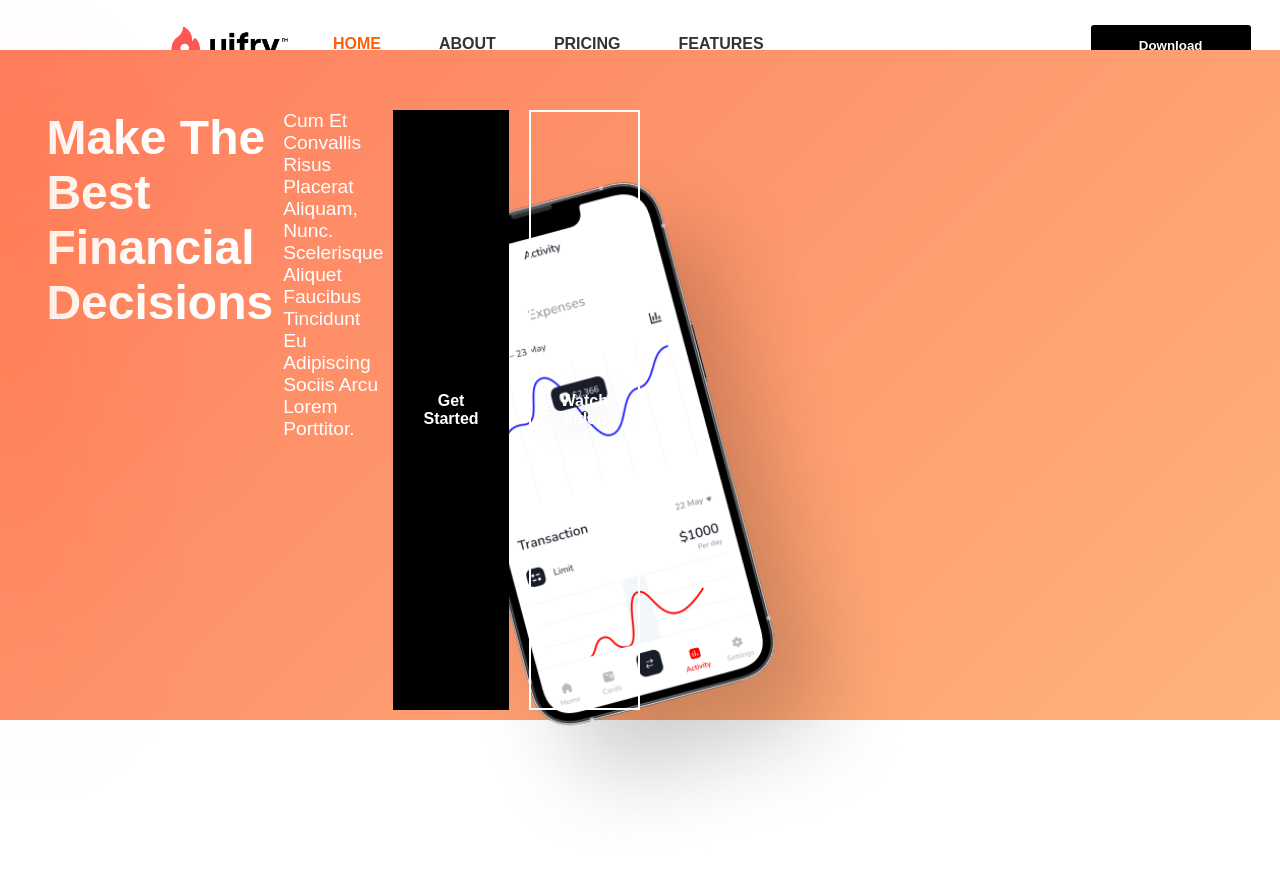
Repository: sakshambansal7/Uifry
Page: index.html
An editor plug-in stored every save of this project. The page is shown before and after the next save, followed by the edit.
The browser window is 1280 px wide. The pictures show the whole page.

Above is the page before, as saved 2024-06-12 15:08:34.

After the next save:
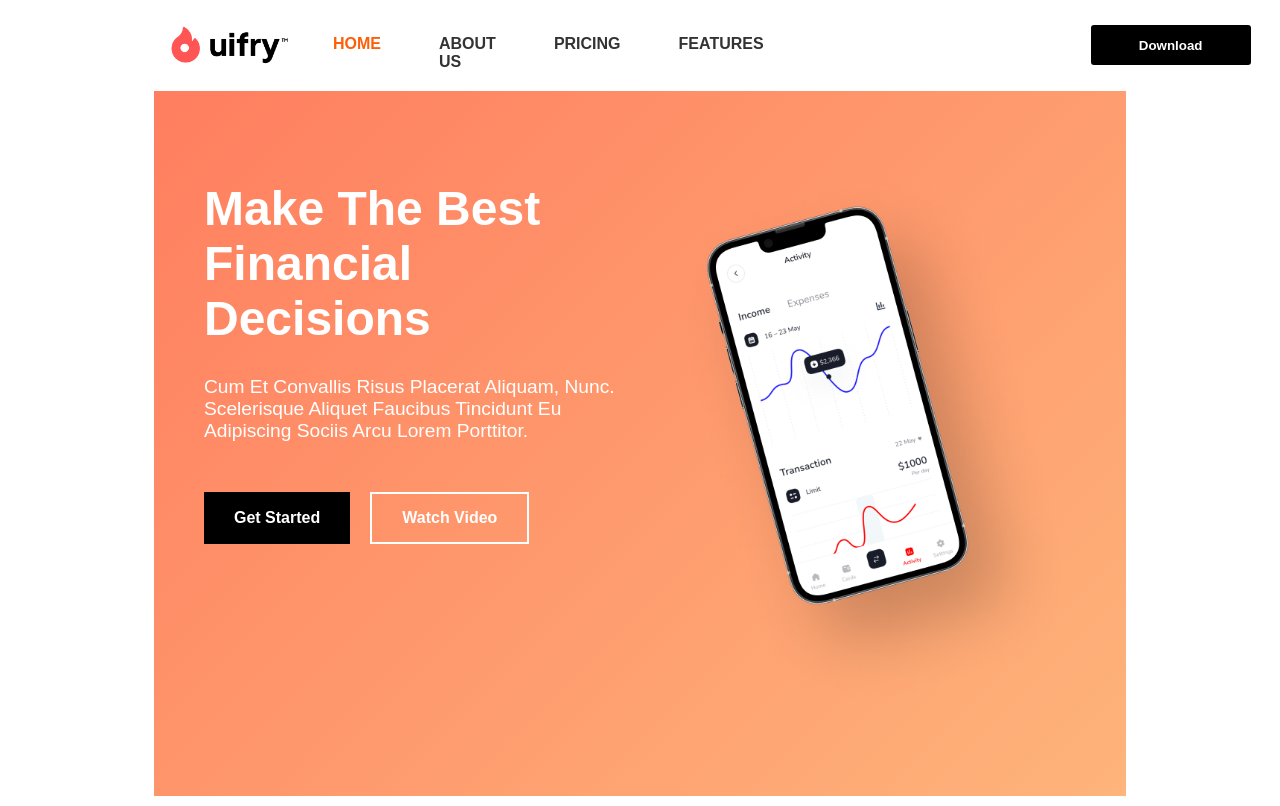
Saved 17 s later.
--- a/style.css
+++ b/style.css
@@ -125,7 +125,7 @@ nav a {
   width: 100%;
 }
 /* background-effect */
-.absolute{
+/* .absolute{
   position: absolute;
   top: 50px !important;
   inset: 0;
@@ -158,4 +158,4 @@ filter: blur(70px);
 
 .bg-yellow{
   background-color: #FF5E08;
-}
+} */

After the 4 saves that followed:
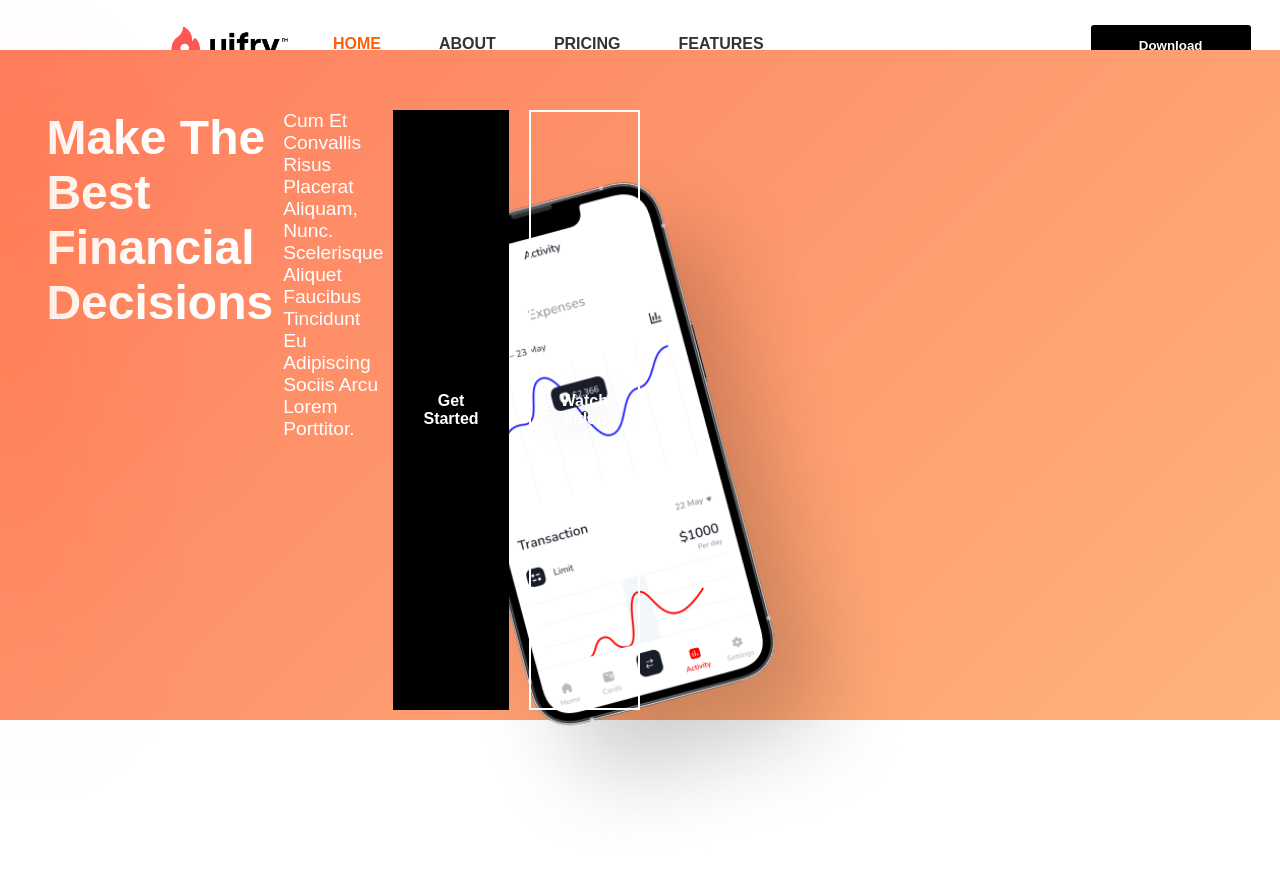
The 4 saves are shown as one change because 2 left the picture as it was and some came seconds apart.
The last was saved 33 s later.
--- a/style.css
+++ b/style.css
@@ -10,8 +10,8 @@ body {
   font-family: Arial, sans-serif;
   background: #fff;
   color: #333;
-  /* justify-content: center;
-  box-sizing: border-box; */
+  justify-content: center;
+  box-sizing: border-box;
 }
 
   /* navbar */
@@ -125,7 +125,7 @@ nav a {
   width: 100%;
 }
 /* background-effect */
-/* .absolute{
+.absolute{
   position: absolute;
   top: 50px !important;
   inset: 0;
@@ -158,4 +158,4 @@ filter: blur(70px);
 
 .bg-yellow{
   background-color: #FF5E08;
-} */
+}
